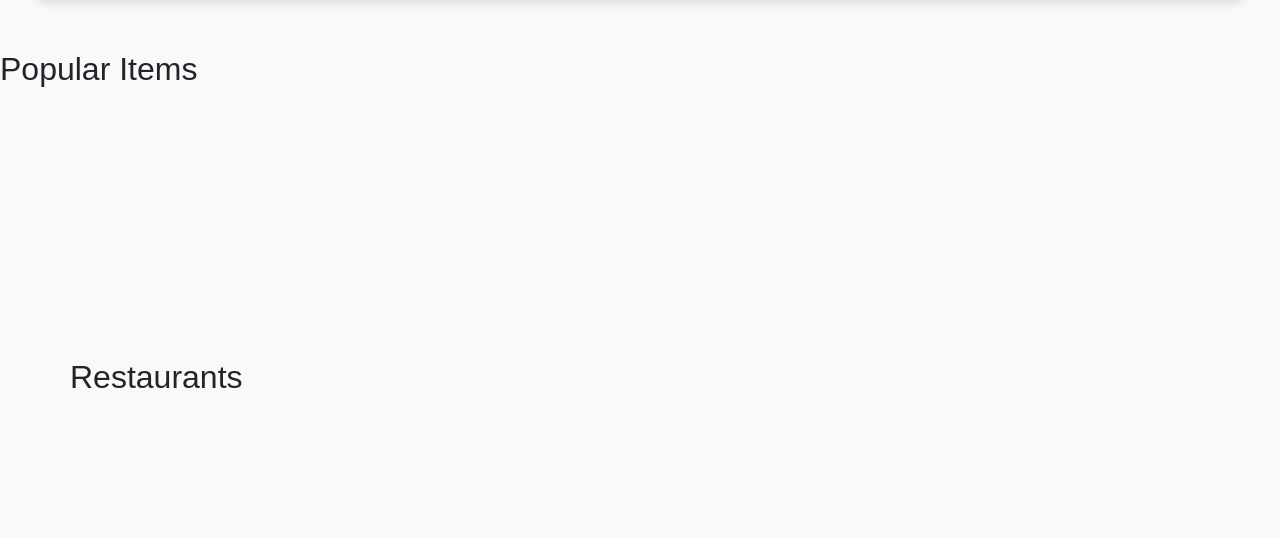
Repository: Sujith-B-S/Food-Application
Page: http://localhost/FoodApplication/home.jsp
The author's editor kept a copy of each file at every save. The page is drawn from the files as they stood at one save, then again after the next save.
The browser window is 1280 px wide. The pictures show the part of the page from y = 530 to 1068 px (the page is 1068 px tall before and 980 px after).
Some web fonts or font styles are not loaded; a fallback is used. Some web libraries are served in a nearby version. The page is served by Tomcat 9.

Above is the page before, as saved 2024-12-08 17:12:06.

After the next save:
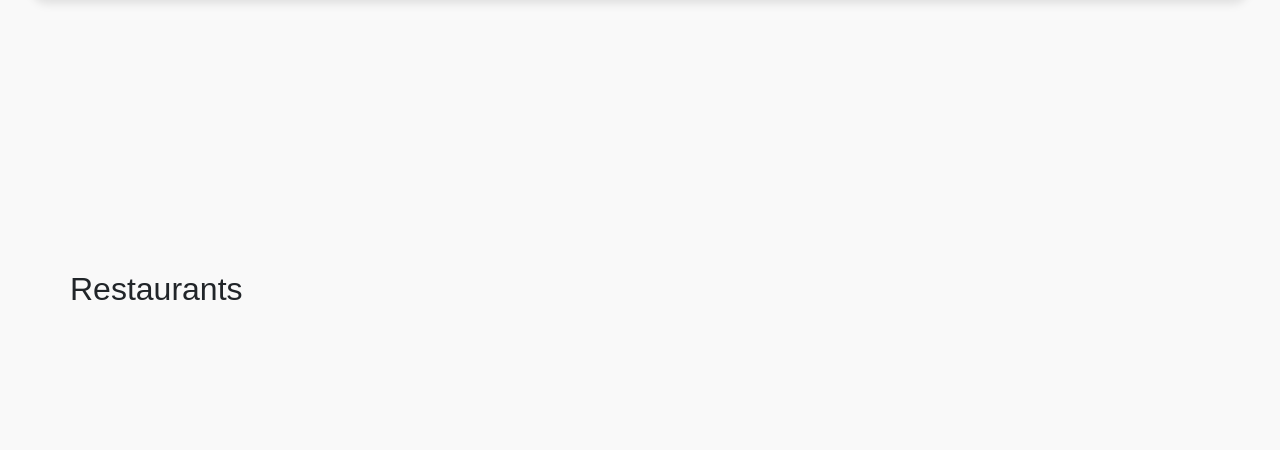
Saved 26 s later.
--- a/FoodApplication/src/main/webapp/home.jsp
+++ b/FoodApplication/src/main/webapp/home.jsp
@@ -399,7 +399,7 @@
 <script src="https://cdn.jsdelivr.net/npm/bootstrap@5.3.3/dist/js/bootstrap.bundle.min.js" integrity="sha384-YvpcrYf0tY3lHB60NNkmXc5s9fDVZLESaAA55NDzOxhy9GkcIdslK1eN7N6jIeHz" crossorigin="anonymous"></script>
 
     <div class = "popular-items">
-    	<h2>Popular Items</h2>
+
     	<div class="container-item">
         <%
             List<Menu> hmList = (List<Menu>) session.getAttribute("hmList");
